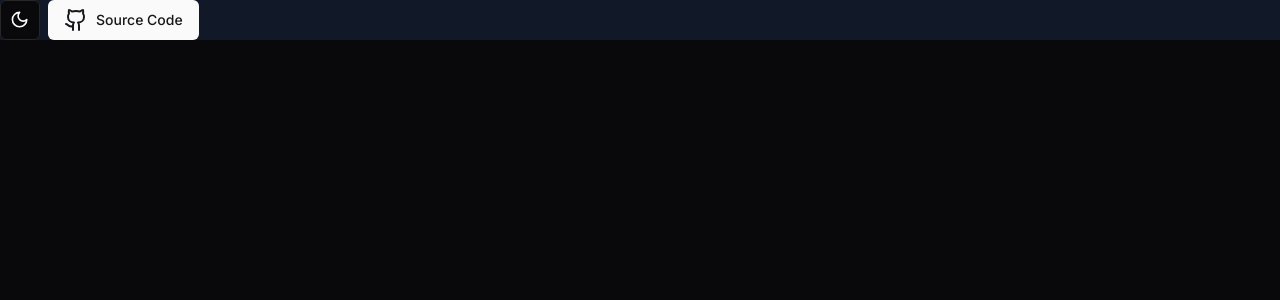
Repository: Young-Dev001/weather-app
Page: /
An editor plug-in stored every save of this project. The page is shown before and after the next save, followed by the edit.
The browser window is 1280 px wide. The pictures show the whole page.
The project was rebuilt for these pictures with package versions that can differ from the ones it lists, and the page was loaded fresh each time. The framework's server and built-in components were replaced by stand-ins that run in the browser. Also part of the build but not shown: next.config.mjs.

Above is the page before, as saved 2024-06-09 11:47:28.

After the next save:
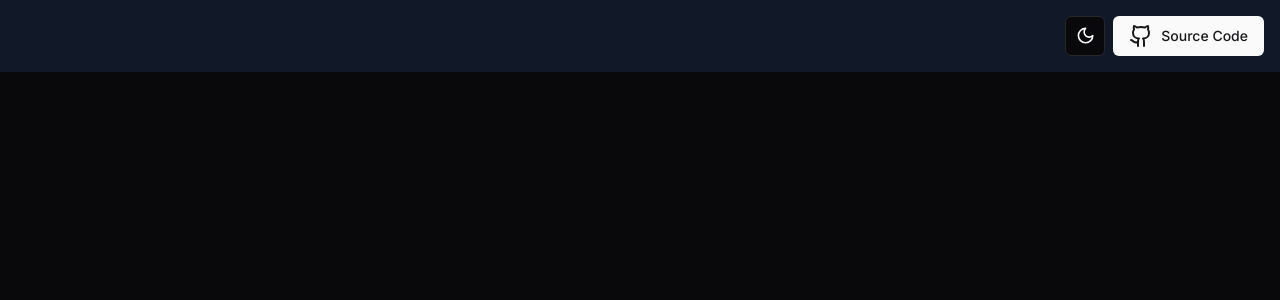
Saved 99 s later.
--- a/components/Navbar.tsx
+++ b/components/Navbar.tsx
@@ -1,26 +1,31 @@
-"use client"
-import React from 'react'
+"use client";
+
+import React from 'react';
 import { useRouter } from 'next/navigation';
 import { github } from '@/app/utils/icons';
 import { Button } from './ui/button';
 import ThemeDropDown from './ThemeDropDown';
 
 function Navbar() {
-const router = useRouter()
+  const router = useRouter();
 
   return (
-    <div className="bg-white border-gray-200 dark:bg-gray-900">
-    <div className="left"></div>
-    <div className="search-container flex shrink-0 w-full gap-2 sm:w-fit">
-    <ThemeDropDown />
-        <Button type="button" className="source-code flex items-center gap-2"
-            onClick={() =>  router.push("/github")}>
-                {github}Source Code
+    <div className="bg-white border-gray-200 dark:bg-gray-900 flex items-center justify-between p-4">
+      <div className="left">
+        {/* Add your left side content here if needed */}
+      </div>
+      <div className="search-container flex gap-2 ml-auto items-center">
+        <ThemeDropDown />
+        <Button
+          type="button"
+          className="source-code flex items-center gap-2"
+          onClick={() => router.push("/github")}
+        >
+          {github} Source Code
         </Button>
+      </div>
     </div>
-    </div>
-
   );
 }
 
-export default Navbar
+export default Navbar;
